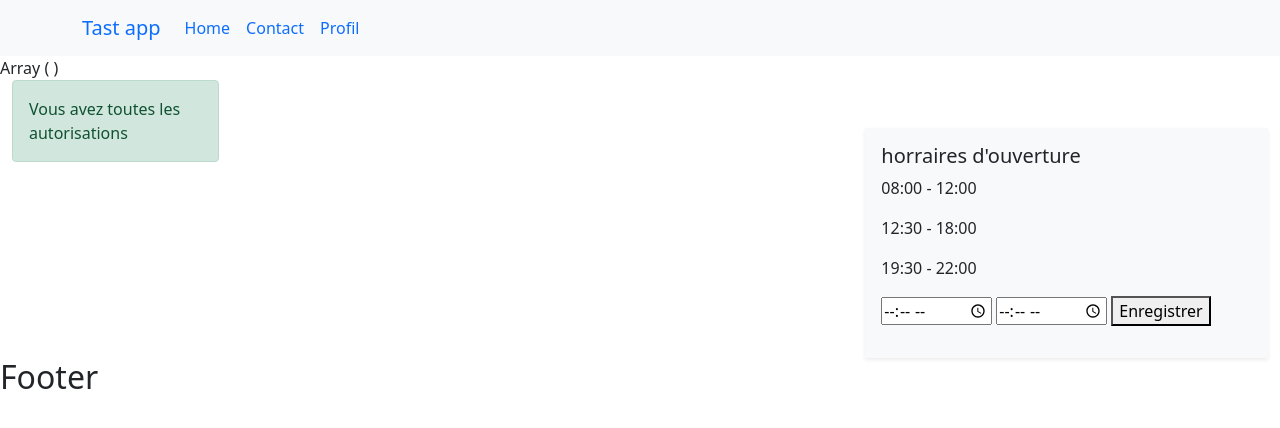
Repository: FS-23/php-getstarted
Page: http://localhost/
An editor plug-in stored every save of this project. The page is shown before and after the next save, followed by the edit.
The browser window is 1280 px wide. The pictures show the whole page.
The page is run by PHP 8.4 with error messages shown; the project is at /var/www/html/.

Above is the page before, as saved 2022-05-28 12:37:02.

After the next save:
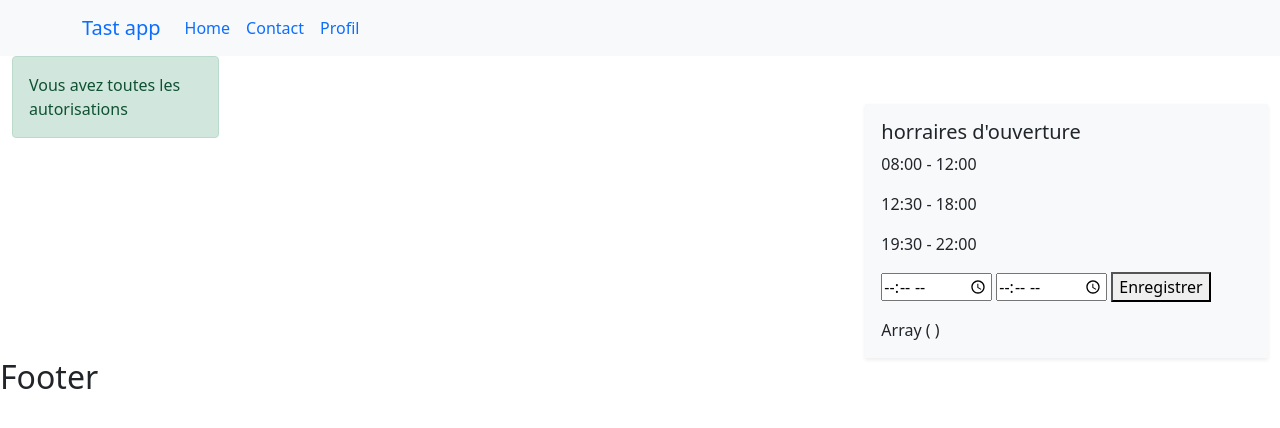
Saved 24 s later.
--- a/demoAPP/index.php
+++ b/demoAPP/index.php
@@ -11,7 +11,7 @@
     $user = "admin";
 
 
-    print_r($_REQUEST)
+
 
 ?>
 <div class="row mx-0">
@@ -36,6 +36,11 @@
                             <input type="time" name="endtime">
                             <button>Enregistrer</button>
                        </form>
+
+
+                       <?php
+                           print_r($_REQUEST)
+                       ?>
                    </div>
                   <?php
                     // if($user == "admin")
